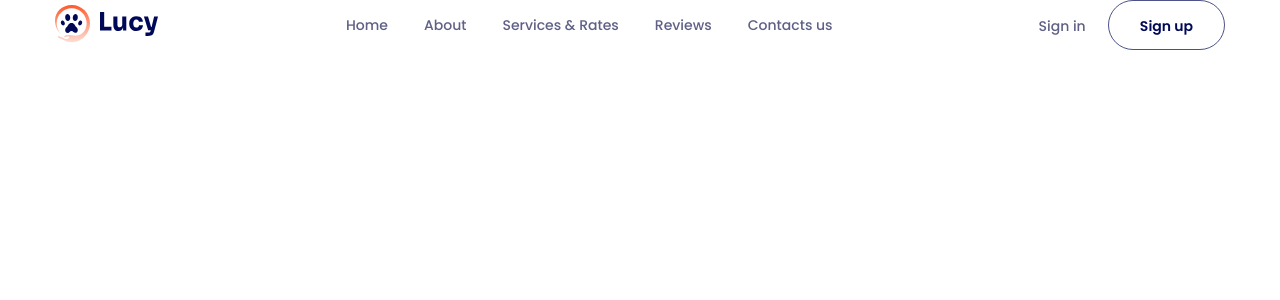
Repository: empty24062002/f8-project-05
Page: index.html
An editor plug-in stored every save of this project. The page is shown before and after the next save, followed by the edit.
The browser window is 1280 px wide. The pictures show the whole page.

Above is the page before, as saved 2023-09-09 16:55:58.

### index.html
<!DOCTYPE html>
<html lang="en">
    <head>
        <meta charset="UTF-8" />
        <meta name="viewport" content="width=device-width, initial-scale=1.0" />
        <title>Lucy</title>
        <!-- favicon -->
        <link
            rel="apple-touch-icon"
            sizes="57x57"
            href="./assets/favicon/apple-icon-57x57.png"
        />
        <link
            rel="apple-touch-icon"
            sizes="60x60"
            href="./assets/favicon/apple-icon-60x60.png"
        />
        <link
            rel="apple-touch-icon"
            sizes="72x72"
            href="./assets/favicon/apple-icon-72x72.png"
        />
        <link
            rel="apple-touch-icon"
            sizes="76x76"
            href="./assets/favicon/apple-icon-76x76.png"
        />
        <link
            rel="apple-touch-icon"
            sizes="114x114"
            href="./assets/favicon/apple-icon-114x114.png"
        />
        <link
            rel="apple-touch-icon"
            sizes="120x120"
            href="./assets/favicon/apple-icon-120x120.png"
        />
        <link
            rel="apple-touch-icon"
            sizes="144x144"
            href="./assets/favicon/apple-icon-144x144.png"
        />
        <link
            rel="apple-touch-icon"
            sizes="152x152"
            href="./assets/favicon/apple-icon-152x152.png"
        />
        <link
            rel="apple-touch-icon"
            sizes="180x180"
            href="./assets/favicon/apple-icon-180x180.png"
        />
        <link
            rel="icon"
            type="image/png"
            sizes="192x192"
            href="./assets/favicon/android-icon-192x192.png"
        />
        <link
            rel="icon"
            type="image/png"
            sizes="32x32"
            href="./assets/favicon/favicon-32x32.png"
        />
        <link
            rel="icon"
            type="image/png"
            sizes="96x96"
            href="./assets/favicon/favicon-96x96.png"
        />
        <link
            rel="icon"
            type="image/png"
            sizes="16x16"
            href="./assets/favicon/favicon-16x16.png"
        />
        <link rel="manifest" href="./assets/favicon/manifest.json" />
        <meta name="msapplication-TileColor" content="#ffffff" />
        <meta
            name="msapplication-TileImage"
            content="./assets/favicon/ms-icon-144x144.png"
        />
        <meta name="theme-color" content="#ffffff" />
        <!-- reset CSS -->
        <link rel="stylesheet" href="./assets/css/reset.css" />
        <!-- embed font -->
        <link rel="preconnect" href="https://fonts.googleapis.com" />
        <link rel="preconnect" href="https://fonts.gstatic.com" crossorigin />
        <link
            href="https://fonts.googleapis.com/css2?family=Poppins:wght@300;400;500;600&family=Sora:wght@600;700;800&display=swap"
            rel="stylesheet"
        />
        <!-- style css -->
        <link rel="stylesheet" href="./assets/css/styles.css" />
    </head>
    <body>
        <!-- header -->
        <header class="header">
            <div class="container">
                <div class="header__inner">
                    <!-- logo -->
                    <a href="#!">
                        <img
                            src="./assets/img/logo.svg"
                            alt="Lucy"
                            class="header__logo"
                        />
                    </a>
                    <!-- navbar -->
                    <nav class="navbar">
                        <ul class="navbar__list">
                            <li class="navbar__item">
                                <a href="#!" class="navar__link"> Home </a>
                            </li>
                            <li class="navbar__item">
                                <a href="#!" class="navar__link"> About </a>
                            </li>
                            <li class="navbar__item">
                                <a href="#!" class="navar__link"
                                    >Services & Rates
                                </a>
                            </li>
                            <li class="navbar__item">
                                <a href="#!" class="navar__link"> Reviews </a>
                            </li>
                            <li class="navbar__item">
                                <a href="#!" class="navar__link">
                                    Contacts us
                                </a>
                            </li>
                        </ul>
                    </nav>
                    <!-- header action -->
                    <div class="header-action">
                        <a href="#!" class="header-action__link">Sign in</a>
                        <a href="#!" class="btn header-action__btn">Sign up</a>
                    </div>
                </div>
            </div>
        </header>
    </body>
</html>

### assets/css/styles.css
* {
    box-sizing: border-box;
}

html {
    font-size: 62.5%;
}

body {
    font-size: 1.6rem;
    font-family: "Poppins", sans-serif;
}

/* common */

h1,
h2,
h3,
h4,
h5,
h6 {
    font-family: "Sora", sans-serif;
}

input,
textarea,
select,
button {
    font-size: inherit;
    font-family: inherit;
}

a {
    text-decoration: none;
}

.container {
    width: 1170px;
    max-width: calc(100% - 48px);
    margin: 0 auto;
}

.btn {
    --height: 56px;

    display: inline-block;
    min-width: 130px;
    height: var(--height);
    line-height: var(--height);
    border: 1px solid rgb(0, 9, 88, 0.7);
    border-radius: 99px;
    color: #000958;
    text-align: center;
    font-size: 1.4rem;
    font-weight: 600;
}

/* header */
.header {
}

.header__inner {
    display: flex;
    justify-content: space-between;
    align-items: center;
}

.navbar__list {
    display: flex;
}

.navar__link,
.header-action__link {
    padding: 8px 18px;
    color: #5e6085;
    font-size: 1.4rem;
    font-weight: 500;
    line-height: 1; /* 100% */
}

.header-action__btn {
    --height: 50px;

    min-width: 117px;
}

Loaded but not shown: assets/css/reset.css (common file)

After the next save:
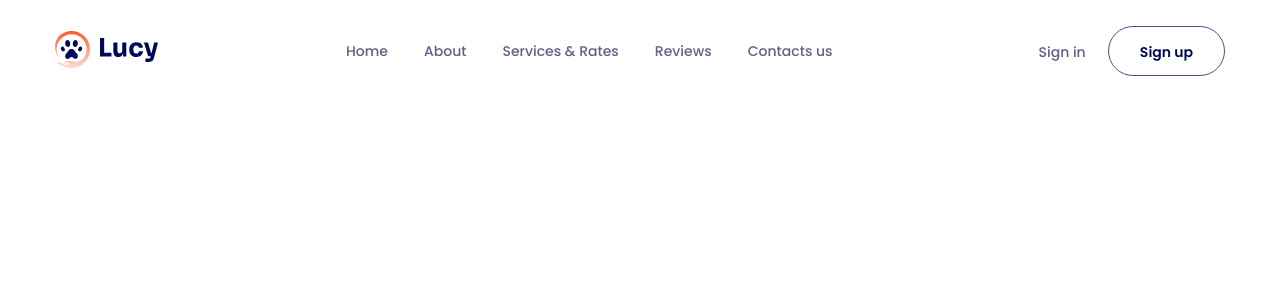
Saved 66 s later.
--- a/assets/css/styles.css
+++ b/assets/css/styles.css
@@ -57,6 +57,7 @@ a {
 
 /* header */
 .header {
+    padding: 26px 0;
 }
 
 .header__inner {
